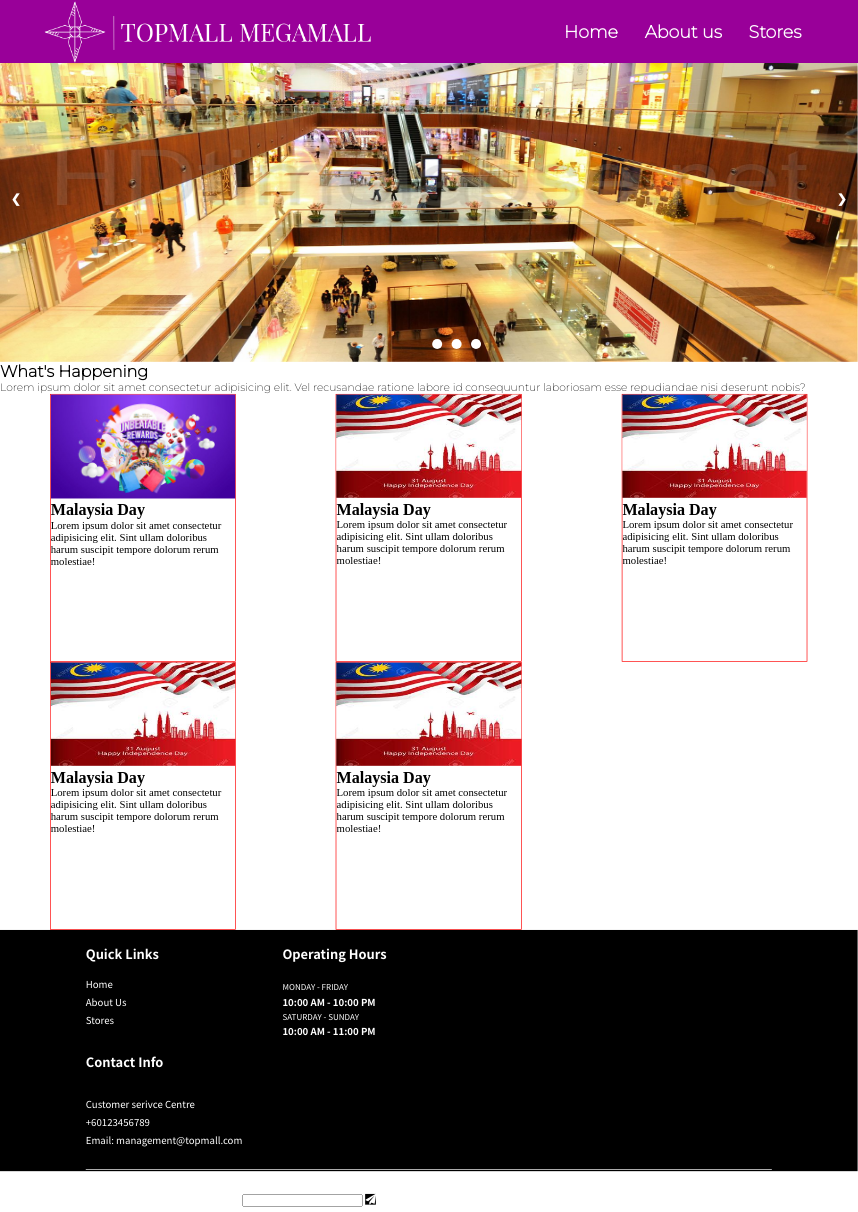
Repository: Jack0Bong/Web-Dev-Assignment
Page: index.html
The author's editor kept a copy of each file at every save. The page is drawn from the files as they stood at one save, then again after a run of saves.
The browser window is 1280 px wide. The pictures show the whole page, at 67% of full size.

Above is the page before, as saved 2021-09-02 01:44:58.

### index.html
<!DOCTYPE html>
<html lang="en">
    <head>
        <meta charset="UTF-8">
        <meta http-equiv="X-UA-Compatible" content="IE=edge">
        <meta name="viewport" content="width=device-width, initial-scale=1.0">
        <title>Topmall Megamall</title>

        <!-- fonts link -->
        <link href="https://fonts.googleapis.com/css2?family=Montserrat:wght@200&display=swap" rel="stylesheet">
        <link href="https://fonts.googleapis.com/css2?family=Pacifico&display=swap" rel="stylesheet">
        <link href="https://fonts.googleapis.com/css2?family=Caveat&family=Pacifico&display=swap" rel="stylesheet">
        <link href="https://fonts.googleapis.com/css2?family=Roboto&display=swap" rel="stylesheet">
        <link href="https://fonts.googleapis.com/css2?family=Poppins:wght@200&display=swap" rel="stylesheet">
        <link href="https://fonts.googleapis.com/css2?family=Noto+Sans+TC:wght@300&display=swap" rel="stylesheet">

        <!-- icon link -->
        <link rel="stylesheet" href="https://cdnjs.cloudflare.com/ajax/libs/font-awesome/4.7.0/css/font-awesome.min.css">

        <!-- style sheets link -->
        <link rel="stylesheet" href="css/navbar.css">
        <link rel="stylesheet" href="css/index.css">
    </head>
<body>
    <!-- navigation bar -->
    <nav class="nav">
        <img src="Assets/topmall-white.png" alt="Topmall" class="logo">
        <ul class="navlist">
            <!-- links added here -->
            <li><a href="" class="navlink">Home</a></li>
            <li><a href="" class="navlink">About us</a></li>
            <li><a href="" class="navlink">Stores</a></li>
        </ul>
    </nav>

    <!-- carousel with three images -->
    <section>
        <div class="carousel">

            <div class="slides fade">
                <img src="Assets/slide-one.jpg" alt="">
                <div class="slideText">Slide One</div>
            </div>

            <div class="slides fade">
                <img src="Assets/slide-two.jpg" alt="">
                <div class="slideText">Slide One</div>
            </div>

            <div class="slides fade">
                <img src="Assets/slide-three.jpg" alt="">
                <div class="slideText">Slide One</div>
            </div>

            <a onclick="slideController(-1)" class="prevslide">&#10094;</a>
            <a onclick="slideController(1)" class="nextslide">&#10095;</a>

            <div class="slidedot">
                <span onclick="dotController(1)" class="dot"></span>
                <span onclick="dotController(2)" class="dot"></span>
                <span onclick="dotController(3)" class="dot"></span>
            </div>

        </div>
    </section>

    <section class="events-section">
        <div class="event-title">
            <h1>What's Happening</h1>
            <span>Lorem ipsum dolor sit amet consectetur adipisicing elit. Vel recusandae ratione labore id consequuntur laboriosam esse repudiandae nisi deserunt nobis?</span>
        </div>

        <div class="card-view">

            <div class="card">
                <img src="Assets/event-two.jpg" alt="">
                <h2>Malaysia Day</h2>
                <span>Lorem ipsum dolor sit amet consectetur adipisicing elit. Sint ullam doloribus harum suscipit tempore dolorum rerum molestiae!</span>
            </div>
            <div class="card">
                <img src="Assets/event-one.jpg" alt="">
                <h2>Malaysia Day</h2>
                <span>Lorem ipsum dolor sit amet consectetur adipisicing elit. Sint ullam doloribus harum suscipit tempore dolorum rerum molestiae!</span>
            </div>
            <div class="card">
                <img src="Assets/event-one.jpg" alt="">
                <h2>Malaysia Day</h2>
                <span>Lorem ipsum dolor sit amet consectetur adipisicing elit. Sint ullam doloribus harum suscipit tempore dolorum rerum molestiae!</span>
            </div>
            <div class="card">
                <img src="Assets/event-one.jpg" alt="">
                <h2>Malaysia Day</h2>
                <span>Lorem ipsum dolor sit amet consectetur adipisicing elit. Sint ullam doloribus harum suscipit tempore dolorum rerum molestiae!</span>
            </div>
            <div class="card">
                <img src="Assets/event-one.jpg" alt="">
                <h2>Malaysia Day</h2>
                <span>Lorem ipsum dolor sit amet consectetur adipisicing elit. Sint ullam doloribus harum suscipit tempore dolorum rerum molestiae!</span>
            </div>

        </div>
    </section>


    <!-- footer element -->
    <footer>
        <div class="footer-upper">
            <div class="footer-content">
                <h1 class="footer-title">Quick Links</h1>
                <a href="">Home</a>
                <a href="">About Us</a>
                <a href="">Stores</a>
            </div>
            <div class="footer-content">
                <h1 class="footer-title">Operating Hours</h1>
                <span style="font-size: 0.75em;">MONDAY - FRIDAY</span>
                <h2>10:00 AM - 10:00 PM</h2>
                <span style="font-size: 0.75em;">SATURDAY - SUNDAY</span>
                <h2>10:00 AM - 11:00 PM</h2>
            </div>
            <div class="footer-content">
                <h1 class="footer-title">Contact Info</h1>
                <span>Customer serivce Centre</span>
                <a href="tel:0123456789">+60123456789</a>
                <a href="mailto:someone@example.com">Email: management@topmall.com</a>
            </div>
            <hr>
        </div>
        <div class="footer-lower">
            <div class="footer-email">
                <span style="color: white;">Sign up for Topmall Newsletter</span>
                <form action="" method="post"> <input type="email" name="" id=""> <button type="submit" style="background-color:black;border:none;font-size: 0.5em;"><i class="fa fa-paper-plane"></i></button> </form>
            </div>
            <div class="footer-social">
                <a href="" class="fa fa-facebook-square"></a>
                <a href="" class="fa fa-twitter-square"></a>
                <a href="" class="fa fa-youtube-square"></a>
                <a href="" class="fa fa-instagram"></a>
                <a href="" class="fa fa-reddit"></a>
            </div>
        </div>
    </footer>


    <script src="Js/navbar.js"></script>
    <script src="Js/carousel.js"></script>
</body>
</html>

### css/navbar.css
*{
    padding: 0px;
    margin: 0px;
    box-sizing: border-box;
}

body{
    min-height: 100vh;
    display: flex;
    flex-direction: column;
}


/* Navigation bar style */
nav{
    position: fixed;
    width: 100%;
    height: 13vh;
    display: flex;
    justify-content: space-between;
    transition: 0.3s ease-in-out;
    background-color: #990099;
    opacity: 80%;
    z-index: 999;
}

nav:hover{
    width: 100%;
    height: 13vh;
    opacity: 100%;
}

.shrink{
    height: 9vh;
    background-color: #990099;
}

.logo{
    padding-left: 5vw;
}

.navlist{
    display: flex;
    align-items: center;
    padding-right: 5vw;
}

.navlist li{
    list-style: none;
    padding: 0px 20px;
}

.navlink{
    position: relative;
    color: white;
    font-size: 26px;
    font-weight: 700;
    text-decoration: none;
    font-family: montserrat;
}

.navlink:hover {
    color: white;
}

.navlink::before {
    content: "";
    position: absolute;
    display: block;
    width: 100%;
    height: 2px;
    bottom: 0;
    left: 0;
    background-color: white;
    transform: scaleX(0);
    transition: transform 0.3s ease;
  }

.navlink:hover::before {
    transform: scaleX(1);
}

.navbar-padding{
    width: 100%;
    height: 13vh;
}


/* footer styling */
footer{
    margin-top: auto;
    background-color: black;
    height: 50vh;
}

.footer-upper{
    width: 80%;
    display: flex;
    flex-direction: row;
    justify-content: start;
    margin-left: 10%;
    flex-wrap: wrap;
}

.footer-content{
    display: flex;
    flex-direction: column;
    margin-top: 3vh;
    color: white;
    font-family: 'Noto Sans TC', sans-serif;
    margin-right: 18%;
}

.footer-title{
    margin-bottom: 15%;
    font-size: 1.2em;
}

.footer-content a{
    font-size: 0.9em;
    text-decoration: none;
    color: white;
    padding: 3px 0px 3px 0px;
}

.footer-content span{
    padding: 3px 0px 3px 0px;
    font-size: 0.9em;
    font-family: 'Noto Sans TC', sans-serif;
}

.footer-content h2{
    font-size: 0.9em;
}

.footer-upper hr{
    margin: 3% 0px 3% 0px;
    flex-basis: 100%;
    border: none;
    border-top: 0.1px solid white;
}

.footer-lower{
    width: 80%;
    display: flex;
    flex-direction: row;
    justify-content: space-between;
    margin-left: 10%;
    flex-wrap: wrap;
}

.footer-email{
    font-family: 'Noto Sans TC', sans-serif;
}

.footer-email form{
    display: inline;
    width: fit-content;
}


.footer-social a{
    text-decoration: none;
}

.fa{
    color: white;
    font-size: 2em;
}

### css/index.css
/* Carousel css */
.carousel{
    position: relative;
    width: 100%;
    height: 75vh;
}

.slides{
    display: none;
    width: 100%;
    height: 100%;
}

.slides img{
    width: 100%;
    height: 100%;
}

.prevslide,.nextslide{
    position: absolute;
    top: 50%;
    width: auto;
    padding: 16px;
    color: white;
    font-weight: bold;
    font-size: 18px;
    transition: 0.6s ease;
    border-radius: 0 3px 3px 0;
    user-select: none;
}

.nextslide{
    right: 0%;
    border-radius: 3px 0 0 3px;
}

.slideText{
    display: none;
}

.slidedot{
    position: absolute;
    bottom: 10px;
    display: inline;
    margin-left: 50%;
}

.dot{
    position: relative;
    cursor: pointer;
    height: 15px;
    width: 15px;
    margin: 5px;
    background-color: white;
    border-radius: 50%;
    display: inline-block;
    transition: background-color 0.6s ease;
}

.active, .dot:hover{
    background-color: #bbb;
}

.fade {
    -webkit-animation-name: fade;
    -webkit-animation-duration: 1.5s;
    animation-name: fade;
    animation-duration: 1.5s;
  }

@-webkit-keyframes fade {
from {opacity: .4}
to {opacity: 1}
}

@keyframes fade {
from {opacity: .4}
to {opacity: 1}
}

/* Events section styling */
.events-section{
    width: 100%;
}

.event-title{
    font-family: Montserrat;
}

.card-view{
    display: grid;
    grid-template-columns: repeat(3, 1fr);
    grid-auto-rows: auto;
}

.card{
    margin: auto;
    width: 65%;
    min-height: 400px;
    border: 1px solid red;
}

.card img{
    width: 100%;
    object-fit: cover;
}

### Js/navbar.js
window.addEventListener("scroll", (event) => {
    let scroll = this.scrollY;
    let navbar = document.querySelector('.nav');
    if(scroll >= 100){
        navbar.classList.add("shrink")
    }else{
        navbar.classList.remove("shrink");
    }
});

### Js/carousel.js
let slideIndex = 1;
displaySlide(slideIndex);


function slideController(n){
    displaySlide(slideIndex+= n)
}

function dotController(n){
    slideIndex = n;
    displaySlide(slideIndex);
}

function displaySlide(n){
    let slides = document.querySelectorAll(".slides");
    if(n > slides.length){ slideIndex = 1}
    if(n < 1){ slideIndex = 3}

    for(let i = 0; i < slides.length;i++){
        slides[i].style.display="none";
    }

    slides[slideIndex-1].style.display = "block";

}

After the next 2 saves:
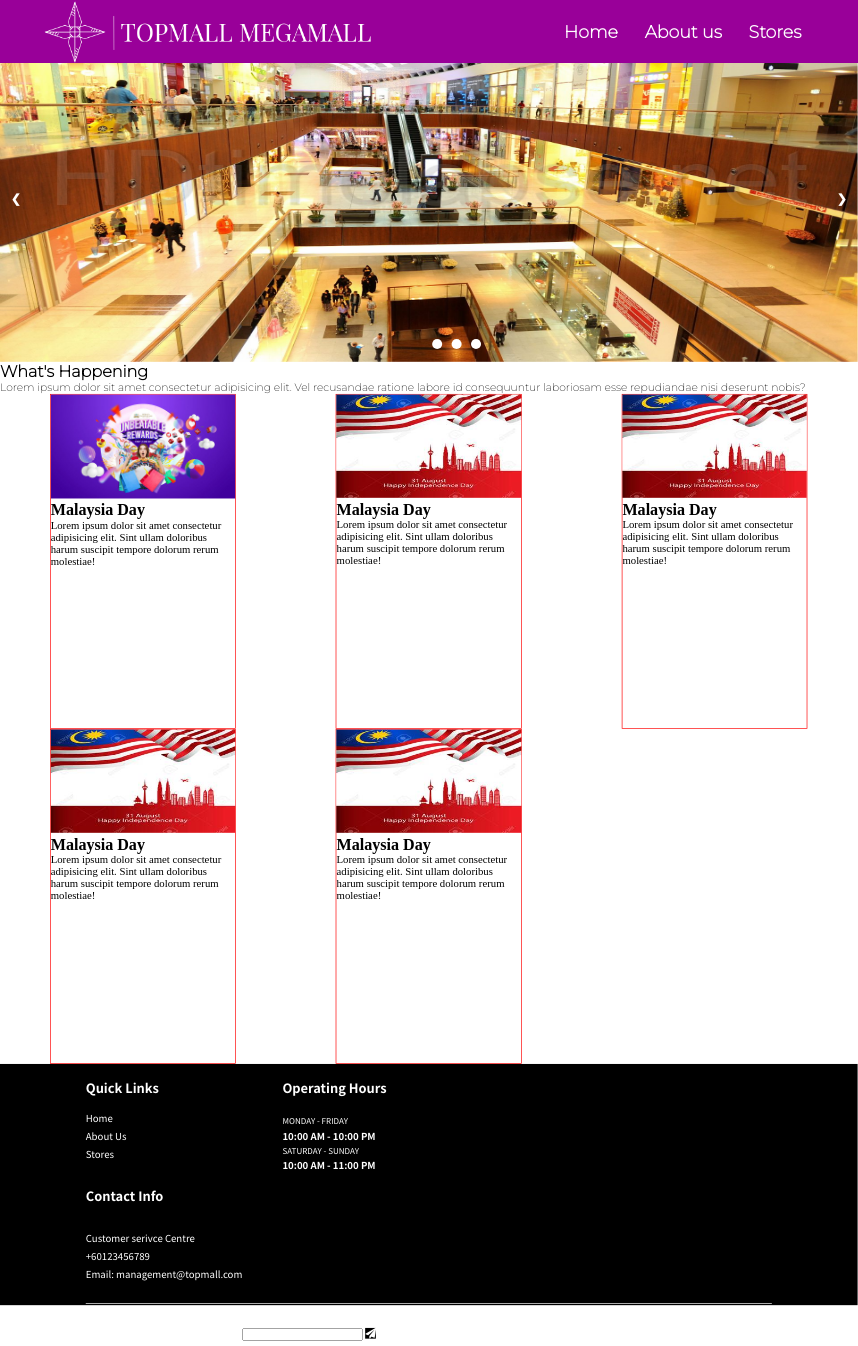
The 2 saves are shown as one change because they came seconds apart.
The last was saved 45 s later.
--- a/css/index.css
+++ b/css/index.css
@@ -96,7 +96,7 @@ to {opacity: 1}
 .card{
     margin: auto;
     width: 65%;
-    min-height: 400px;
+    min-height: 500px;
     border: 1px solid red;
 }
 
